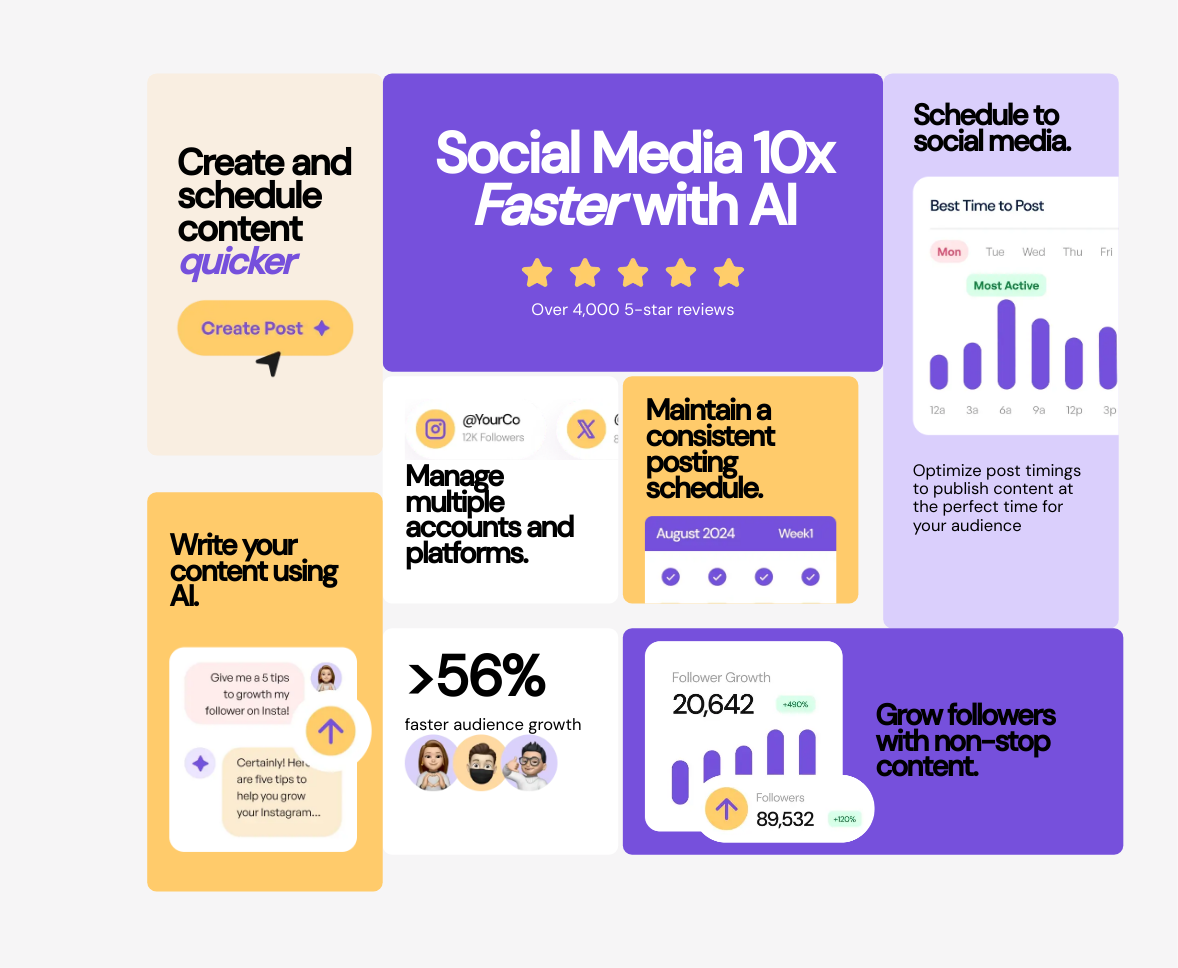
Repository: brandontaylor1/bento-grid
Page: index.html
An editor plug-in stored every save of this project. The page is shown before and after the next save, followed by the edit.
The browser window is 1280 px wide. The pictures show the whole page, at 92% of full size.

Above is the page before, as saved 2025-01-22 19:29:07.

After the next save:
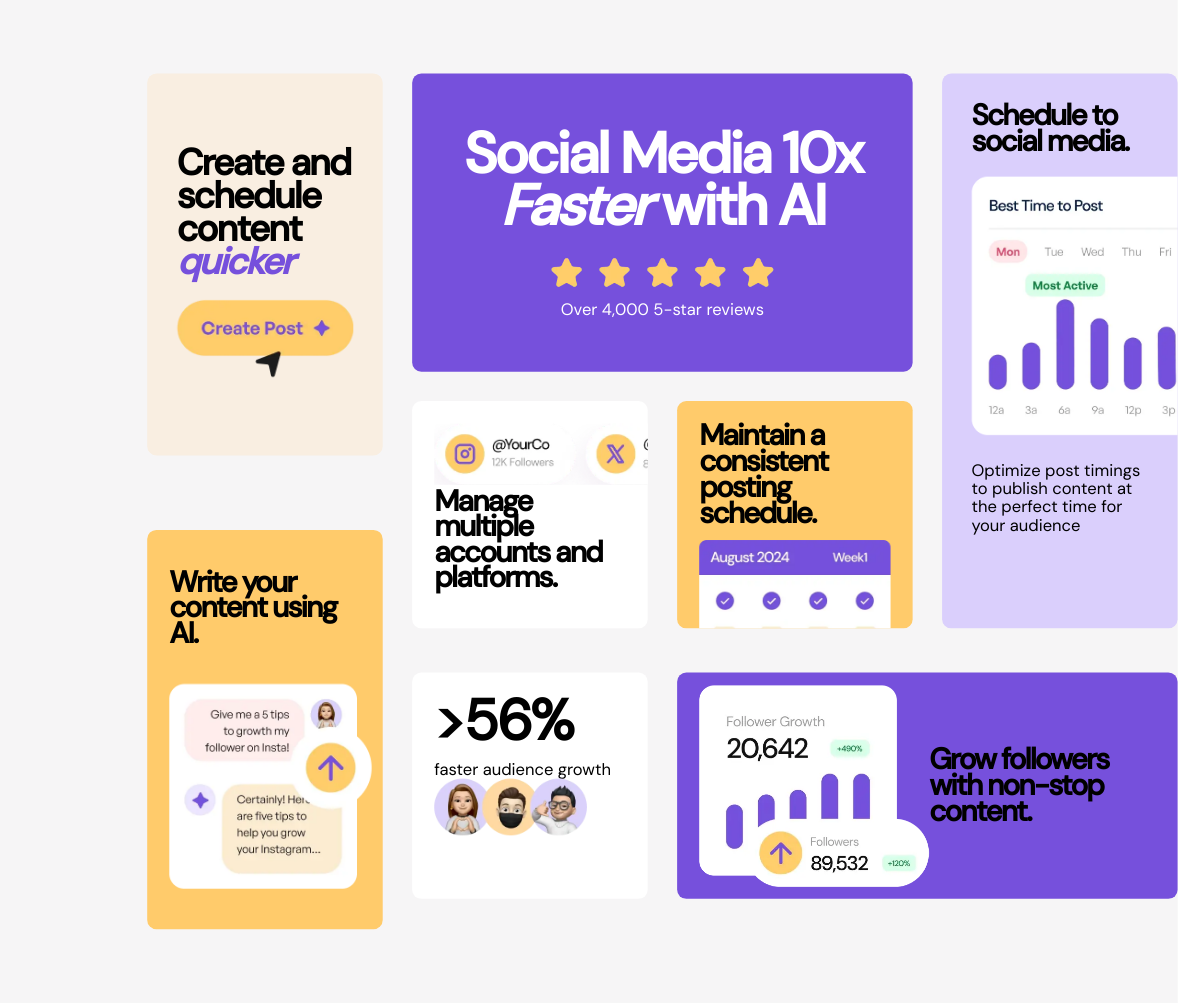
Saved 18 s later.
--- a/styles.css
+++ b/styles.css
@@ -111,12 +111,13 @@
     max-width: 1440px;
     display: grid;
     grid-template-areas:
-    " a b b b b c"
-    " a b b b b c"
-    " a d d e e c"
-    " f d d e e c"
-    " f g g h h h"
-    " f g g h h h";
+    " a a b b b b c c"
+    " a a b b b b c c"
+    " a a d d e e c c"
+    " f f d d e e c c"
+    " f f g g h h h h"
+    " f f g g h h h h";
+    gap: 32px;
     padding: 80px 160px 80px 160px;
     background-color: #F6F5F6;
 }
@@ -269,7 +270,6 @@
 }
 
 .grid-item-8 img {
-    width: 100%;
     height: auto;
     width: 220px;
 }
